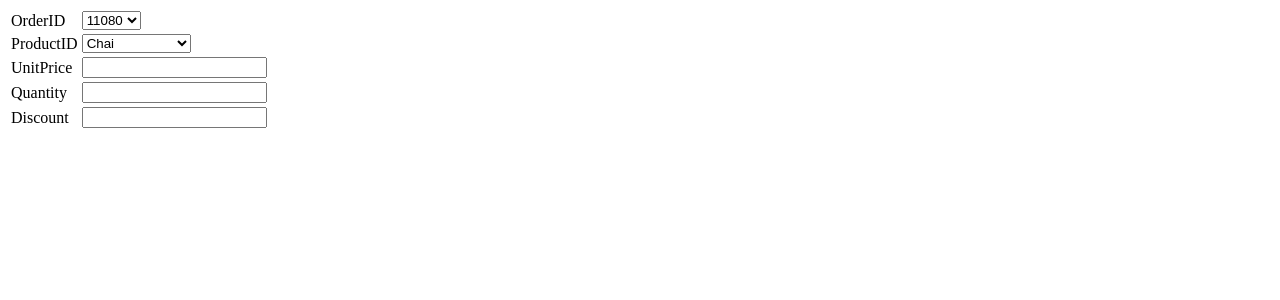
Repository: kaza1509/PRJ301
Page: SE1613/web/addOrderDetail.html
An editor plug-in stored every save of this project. The page is shown before and after the next save, followed by the edit.
The browser window is 1280 px wide. The pictures show the whole page.

Above is the page before, as saved 2022-01-20 00:53:32.

After the next save:
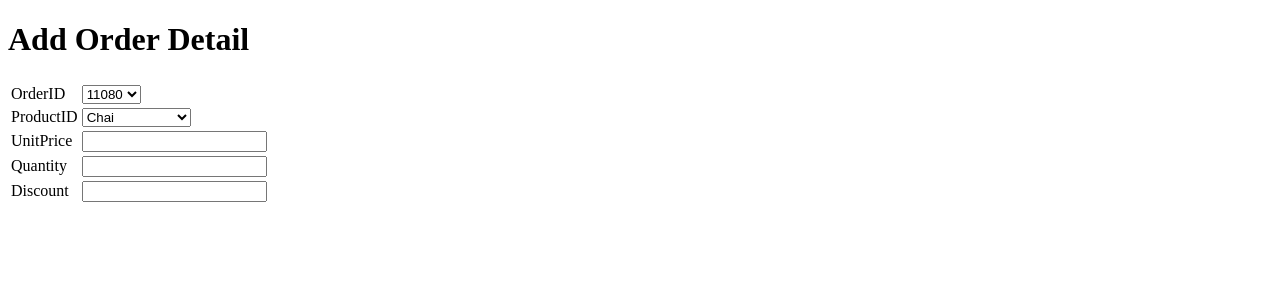
Saved 2 min 53 s later.
--- a/SE1613/web/addOrderDetail.html
+++ b/SE1613/web/addOrderDetail.html
@@ -4,11 +4,14 @@
         <meta charset="UTF-8">
         <meta http-equiv="X-UA-Compatible" content="IE=edge">
         <meta name="viewport" content="width=device-width, initial-scale=1.0">
-        <title>Document</title>
+        <title>Add Order Detail</title>
     </head>
     <body>
         <form action="" method="post">
             <table>
+                <tr>
+                    <h1>Add Order Detail</h1>
+                </tr>
                 <tr>
                     <td>OrderID</td>
                     <td>
@@ -44,7 +47,7 @@
                 <tr>
                     <td>Discount</td>
                     <td>
-                        <input type="number" name="discount" step="0.1">
+                        <input type="number" name="discount" step="0.01">
                     </td>
                 </tr>
             </table>
